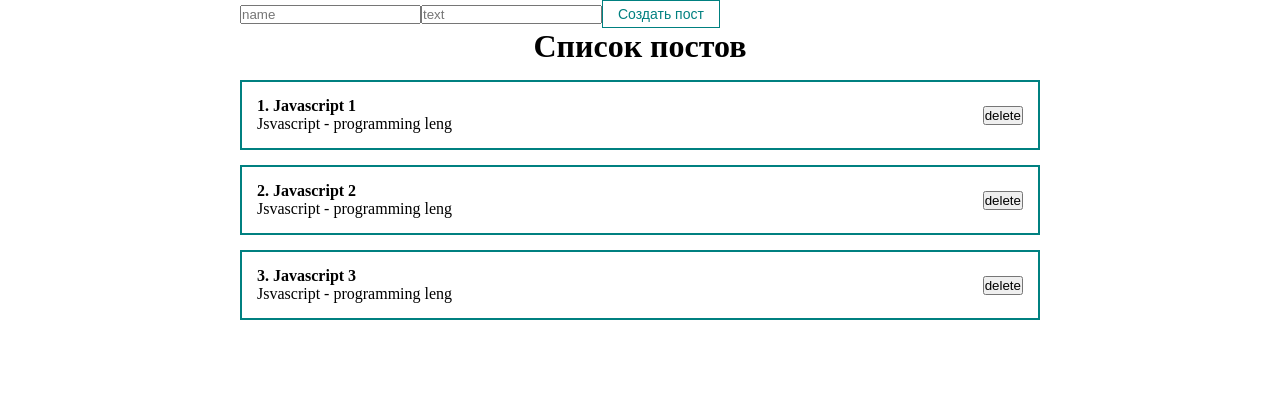
Repository: tsydikov/reactTodo
Page: /
These files come from the project's save history. The page is drawn as it stood at one moment and after the next save; the edit follows.
The browser window is 1280 px wide. The pictures show the whole page.
The project was rebuilt for these pictures with package versions that can differ from the ones it lists, and the page was loaded fresh each time.

Above is the page before, as saved 2021-08-29 12:48:54.

After the next save:
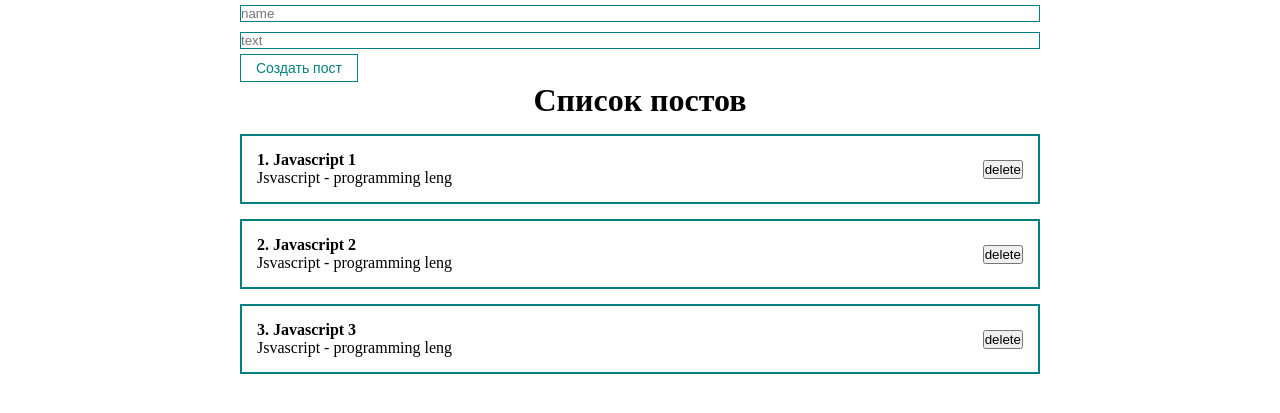
Saved 38 s later.
--- a/src/UI/input/MyInput.jsx
+++ b/src/UI/input/MyInput.jsx
@@ -3,7 +3,7 @@ import classes from "./MyInput.module.css";
 
 const MyInput = (props) => {
     return (
-        <input {...props}  />
+        <input className={classes.myInput} {...props}  />
     )
 }
 
